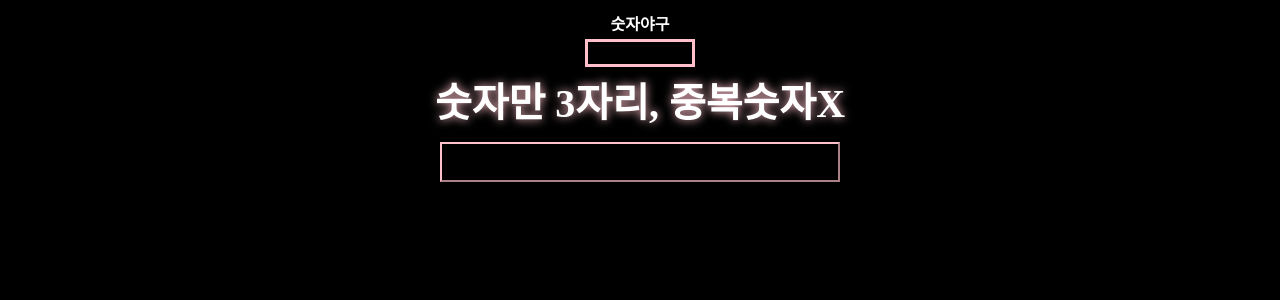
Repository: kmw7691/Soldesk
Page: http://localhost/NOV15_11_NB/HomeController
An editor plug-in stored every save of this project. The page is shown before and after the next save, followed by the edit.
The browser window is 1280 px wide. The pictures show the whole page.
Some web fonts or font styles are not loaded; a fallback is used. The page is served by Tomcat 9. Other server files are loaded and not shown.

Above is the page before, as saved 2023-11-16 00:30:37.

### NOV15_11_NB/src/main/webapp/nb.jsp
<%@ page language="java" contentType="text/html; charset=UTF-8"
    pageEncoding="UTF-8"%>
<!DOCTYPE html>
<html>
<head>
<meta charset="UTF-8">
<title>nb.jsp</title>
<link rel="stylesheet" href="css/nb.css">
</head>
<body>
	<form action="HomeController">
		<table id="nbTbl">
			<tr>
				<th>숫자야구</th>
			</tr>
			<tr>
				<td align="center"><input id="ip" name="userAns"
				 maxlength="3" autocomplete="off"></td>
			</tr>
			<tr><th class="th1">숫자만 3자리, 중복숫자X</th></tr>
			<tr><th class="th1"><button>확인</button></th></tr>
			<tr><th class="th1">${ua }</th></tr>
			<tr><th class="th1">${s }</th></tr>
			<tr><th class="th1">${b }</th></tr>
			<tr><th class="th1">${t }</th></tr>
			<tr><th class="th1">${r }</th></tr>
		</table>
	</form>
</body>
</html>

### NOV15_11_NB/src/main/java/com/kwak/nov151/nbmain/HomeController.java
package com.kwak.nov151.nbmain;

import java.io.IOException;
import javax.servlet.ServletException;
import javax.servlet.annotation.WebServlet;
import javax.servlet.http.HttpServlet;
import javax.servlet.http.HttpServletRequest;
import javax.servlet.http.HttpServletResponse;

@WebServlet("/HomeController")
public class HomeController extends HttpServlet {

	protected void doGet(HttpServletRequest request, HttpServletResponse response) throws ServletException, IOException {
		request.getRequestDispatcher("nb.jsp").forward(request, response);
	}

	protected void doPost(HttpServletRequest request, HttpServletResponse response) throws ServletException, IOException {

	}

}

### NOV15_11_NB/src/main/webapp/css/nb.css
@charset "UTF-8";

@font-face{
	font-family:"n";
	src:url("n.tff");
}

body{
	background-color: black;
	font-family:"n";
}

#nbTbl{
	margin-left:auto;
	margin-right:auto;
	width:500px;
	color:white;
}

#nbTbl .title{
	font-size:50pt;
	text-shadow:pink 0px 0px 10px;
	height:100px;
}

#nbTbl .th1{
	font-size:30pt;
	color: white;
	text-shadow: pink 0px 0px 10px;
}

#nbTbl button{
	width:400px;
	height: 40px;
	background-color: transparent;
	font-size: 15pt;
	border-color: pink;
}

#nbTbl #ip{
	width:100px;
	height:20px;
	outline:none;
	background-color: transparent;
	border: pink solid 3px;
}

After the next save:
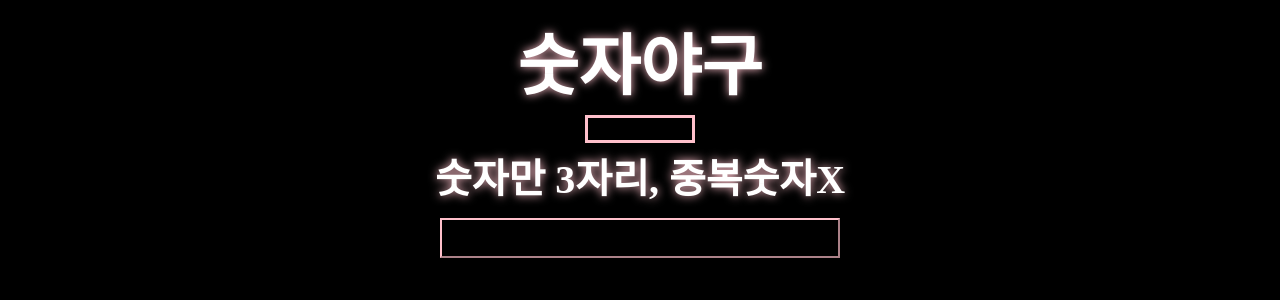
Saved 13 s later.
--- a/NOV15_11_NB/src/main/webapp/nb.jsp
+++ b/NOV15_11_NB/src/main/webapp/nb.jsp
@@ -11,7 +11,7 @@
 	<form action="HomeController">
 		<table id="nbTbl">
 			<tr>
-				<th>숫자야구</th>
+				<th class="title">숫자야구</th>
 			</tr>
 			<tr>
 				<td align="center"><input id="ip" name="userAns"
